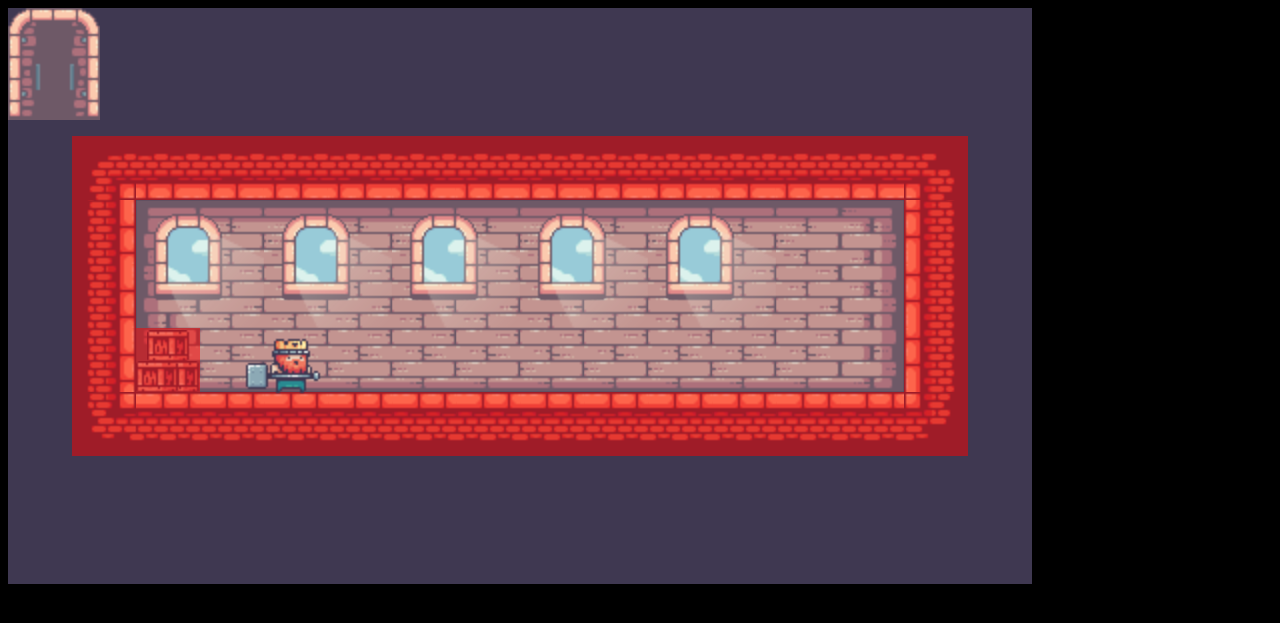
Repository: kassemKu/vanilla_kings_and_pigs
Page: index.html
The author's editor kept a copy of each file at every save. The page is drawn from the files as they stood at one save, then again after the next save.
The browser window is 1280 px wide. The pictures show the whole page.

Above is the page before, as saved 2022-11-12 21:15:30.

### index.html
<!DOCTYPE html>
<html lang="en">

<head>
  <meta charset="UTF-8" />
  <meta http-equiv="X-UA-Compatible" content="IE=edge" />
  <meta name="viewport" content="width=device-width, initial-scale=1.0" />
  <title>Platform</title>
</head>
<style>
  body {
    background-color: black;
    overflow: hidden;
  }
</style>

<body>
  <canvas></canvas>
  <script src="./js/utils.js"></script>
  <script src="./js/data/collisions.js"></script>
  <script src="./js/classes/CollisionBlock.js"></script>
  <script src="./js/classes/Sprite.js"></script>
  <script src="./js/classes/Player.js"></script>
  <script src="./js/eventListener.js"></script>
  <script src="./main.js"></script>
</body>

</html>

### js/utils.js
Array.prototype.parse2D = function () {
  const rows = [];
  for (let i = 0; i < this.length; i += 16) {
    rows.push(this.slice(i, i + 16));
  }

  return rows;
};

Array.prototype.createObjectFrom2D = function () {
  const objects = [];
  this.forEach((row, y) => {
    row.forEach((symbol, x) => {
      if (symbol === 292) {
        // push a new collision into collisionBlocks array
        objects.push(
          new CollisionBlock({
            position: {
              x: x * 64,
              y: y * 64,
            },
          })
        );
      }
    });
  });

  return objects;
};

### js/data/collisions.js
const collisionsLevel1 = [
  0, 0, 0, 0, 0, 0, 0, 0, 0, 0, 0, 0, 0, 0, 0, 0, 0, 0, 0, 0, 0, 0, 0, 0, 0, 0,
  0, 0, 0, 0, 0, 0, 0, 292, 292, 292, 292, 292, 292, 292, 292, 292, 292, 292,
  292, 292, 292, 0, 0, 292, 0, 0, 0, 0, 0, 0, 0, 0, 0, 0, 0, 0, 292, 0, 0, 292,
  0, 0, 0, 0, 0, 0, 0, 0, 0, 0, 0, 0, 292, 0, 0, 292, 292, 0, 0, 0, 0, 0, 0, 0,
  0, 0, 0, 0, 292, 0, 0, 292, 292, 292, 292, 292, 292, 292, 292, 292, 292, 292,
  292, 292, 292, 0, 0, 0, 0, 0, 0, 0, 0, 0, 0, 0, 0, 0, 0, 0, 0, 0, 0, 0, 0, 0,
  0, 0, 0, 0, 0, 0, 0, 0, 0, 0, 0, 0,
];

### js/classes/CollisionBlock.js
class CollisionBlock {
  constructor({ position }) {
    this.position = position;
    this.width = 64;
    this.height = 64;
  }

  draw() {
    c.fillStyle = "rgba(255, 0, 0, 0.5)";
    c.fillRect(this.position.x, this.position.y, this.width, this.height);
  }
}

### js/classes/Sprite.js
class Sprite {
  constructor({
    position,
    imageSrc,
    frameRate = 1,
    animations,
    frameBuffer = 2,
    loop = true,
  }) {
    this.position = position;
    this.image = new Image();
    this.image.onload = () => {
      this.loaded = true;
      this.width = this.image.width / this.frameRate;
      this.height = this.image.height;
    };
    this.image.src = imageSrc;
    this.loaded = false;
    this.frameRate = frameRate;
    this.currentFrame = 0;
    this.elapsedFrames = 0;
    this.frameBuffer = frameBuffer;
    this.animations = animations;
    this.loop = loop

    if (this.animations) {
      for (let key in this.animations) {
        const image = new Image();
        image.src = this.animations[key].imageSrc;
        this.animations[key].image = image;
      }
    }
  }
  draw() {
    if (!this.loaded) return;
    const cropbox = {
      position: {
        x: this.width * this.currentFrame,
        y: 0,
      },
      width: this.width,
      height: this.height,
    };

    c.drawImage(
      this.image,
      cropbox.position.x,
      cropbox.position.y,
      cropbox.width,
      cropbox.height,
      this.position.x,
      this.position.y,
      this.width,
      this.height
    );

    this.updateFrames();
  }

  updateFrames() {
    this.elapsedFrames++;

    if (this.elapsedFrames % this.frameBuffer === 0) {
      if (this.currentFrame < this.frameRate - 1) this.currentFrame++;
      else if(this.loop) this.currentFrame = 0;
    }
  }
}

### js/classes/Player.js
class Player extends Sprite {
  constructor({ collisionBlocks = [], imageSrc, frameRate, animations }) {
    super({ imageSrc, frameRate, animations });
    this.position = {
      x: 200,
      y: 200,
    };

    this.velocity = {
      x: 0,
      y: 0,
    };

    this.sides = {
      bottom: this.position.y + this.height,
    };
    this.gravity = 1;

    this.collisionBlocks = collisionBlocks;
  }

  update() {
    // this is blue box
    // c.fillStyle = "rgba(0, 0, 255, 0.5)";
    // c.fillRect(this.position.x, this.position.y, this.width, this.height);
    this.position.x += this.velocity.x;

    this.updateHitbox();

    this.checkForHorizontalCollisions();
    this.applyGravity();

    this.updateHitbox();

    // c.fillRect(
    //   this.hitbox.position.x,
    //   this.hitbox.position.y,
    //   this.hitbox.width,
    //   this.hitbox.height
    // );
    this.checkForVerticalCollisions();
  }

  switchSprite(name) {
    if (this.image === this.animations[name].image) return;
    this.currentFrame = 0;
    this.image = this.animations[name].image;
    this.frameRate = this.animations[name].frameRate;
    this.frameBuffer = this.animations[name].frameBuffer;
  }

  updateHitbox() {
    this.hitbox = {
      position: {
        x: this.position.x + 58,
        y: this.position.y + 34,
      },
      width: 50,
      height: 53,
    };
  }

  checkForHorizontalCollisions() {
    for (let i = 0; i < this.collisionBlocks.length; i++) {
      const collisionBlock = this.collisionBlocks[i];
      // if a collision exists
      if (
        this.hitbox.position.x <=
          collisionBlock.position.x + collisionBlock.width &&
        this.hitbox.position.x + this.hitbox.width >=
          collisionBlock.position.x &&
        this.hitbox.position.y + this.hitbox.height >=
          collisionBlock.position.y &&
        this.hitbox.position.y <=
          collisionBlock.position.y + collisionBlock.height
      ) {
        // collision on x axis going to the left
        if (this.velocity.x < -0) {
          const offset = this.hitbox.position.x - this.position.x;
          this.position.x =
            collisionBlock.position.x + collisionBlock.width - offset + 0.01;
          break;
        }
        if (this.velocity.x > 0) {
          const offset =
            this.hitbox.position.x - this.position.x + this.hitbox.width;
          this.position.x = collisionBlock.position.x - offset - 0.01;
          break;
        }
      }
    }
  }
  applyGravity() {
    this.velocity.y += this.gravity;
    this.position.y += this.velocity.y;
  }

  checkForVerticalCollisions() {
    // check for vertical collisions
    for (let i = 0; i < this.collisionBlocks.length; i++) {
      const collisionBlock = this.collisionBlocks[i];
      // if a collision exists
      if (
        this.hitbox.position.x <=
          collisionBlock.position.x + collisionBlock.width &&
        this.hitbox.position.x + this.hitbox.width >=
          collisionBlock.position.x &&
        this.hitbox.position.y + this.hitbox.height >=
          collisionBlock.position.y &&
        this.hitbox.position.y <=
          collisionBlock.position.y + collisionBlock.height
      ) {
        if (this.velocity.y < 0) {
          this.velocity.y = 0;
          const offset = this.hitbox.position.y - this.position.y;
          this.position.y =
            collisionBlock.position.y + collisionBlock.height - offset + 0.01;
          break;
        }

        if (this.velocity.y > 0) {
          this.velocity.y = 0;
          const offset =
            this.hitbox.position.y - this.position.y + this.hitbox.height;
          this.position.y = collisionBlock.position.y - offset - 0.01;
          break;
        }
      }
    }
  }
}

### js/eventListener.js
window.addEventListener("keydown", (event) => {
  switch (event.key) {
    case " ":
      if (player.velocity.y === 0) player.velocity.y = -25;

      break;
    case "ArrowLeft":
      // move player to left
      keys.a.pressed = true;
      break;
    case "ArrowRight":
      // move player to right
      keys.d.pressed = true;
      break;
  }
});

window.addEventListener("keyup", (event) => {
  switch (event.key) {
    case "ArrowUp":
      keys.w.pressed = false;

      break;
    case "ArrowLeft":
      // move player to left
      keys.a.pressed = false;
      break;
    case "ArrowRight":
      // move player to right
      keys.d.pressed = false;
      break;
  }
});

### main.js
const canvas = document.querySelector("canvas");
const c = canvas.getContext("2d");

canvas.width = 64 * 16; // 1024
canvas.height = 64 * 9; // 576

const parsedCollisions = collisionsLevel1.parse2D();
const collisionBlocks = parsedCollisions.createObjectFrom2D();

const backgroundLevel1 = new Sprite({
  position: {
    x: 0,
    y: 0,
  },
  imageSrc: "./img/backgroundLevel1.png",
});

const player = new Player({
  collisionBlocks,
  imageSrc: "./img/king/idle.png",
  frameRate: 11,
  animations: {
    idleRight: {
      frameRate: 11,
      frameBuffer: 2,
      loop: true,
      imageSrc: "./img/king/idle.png",
    },
    idleLeft: {
      frameRate: 11,
      frameBuffer: 2,
      loop: true,
      imageSrc: "./img/king/idleLeft.png",
    },
    runRight: {
      frameRate: 8,
      frameBuffer: 4,
      loop: true,
      imageSrc: "./img/king/runRight.png",
    },
    runLeft: {
      frameRate: 8,
      frameBuffer: 4,
      loop: true,
      imageSrc: "./img/king/runLeft.png",
    },
  },
});

const doors = [
  new Sprite({
    position: {
      x: 0,
      y: 0,
    },
    imageSrc: "./img/doorOpen.png",
    frameRate: 5,
    frameBuffer: 5,
    loop: false
  }),
];

const keys = {
  w: {
    pressed: false,
  },
  a: {
    pressed: false,
  },
  d: {
    pressed: false,
  },
};
function animate() {
  window.requestAnimationFrame(animate);

  backgroundLevel1.draw();
  collisionBlocks.forEach((collisionBlock) => {
    collisionBlock.draw();
  });

  doors.forEach((door) => {
    door.draw();
  });

  player.velocity.x = 0;
  if (keys.d.pressed) {
    player.switchSprite("runRight");
    player.velocity.x = 5;
    player.lastDirection = "right";
  } else if (keys.a.pressed) {
    player.switchSprite("runLeft");
    player.velocity.x = -5;
    player.lastDirection = "left";
  } else {
    if (player.lastDirection === "left") player.switchSprite("idleLeft");
    else player.switchSprite("idleRight");
  }

  player.draw();
  player.update();
}

animate();

After the next save:
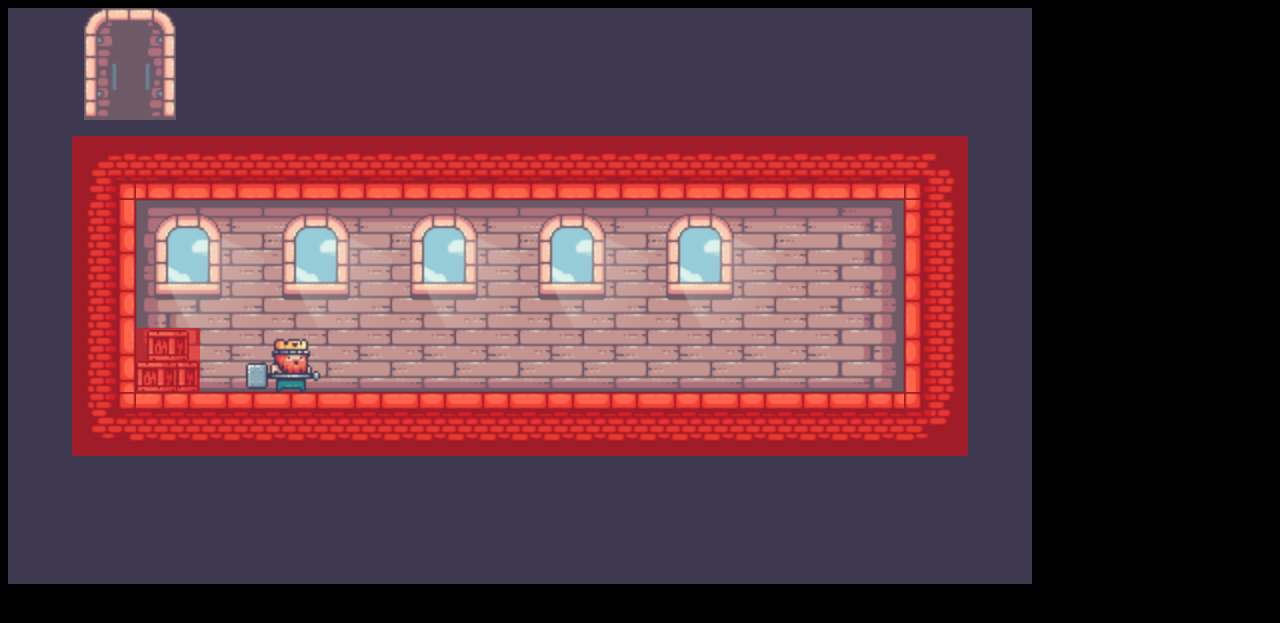
Saved 68 s later.
--- a/main.js
+++ b/main.js
@@ -50,7 +50,7 @@ const player = new Player({
 const doors = [
   new Sprite({
     position: {
-      x: 0,
+      x: 76,
       y: 0,
     },
     imageSrc: "./img/doorOpen.png",
